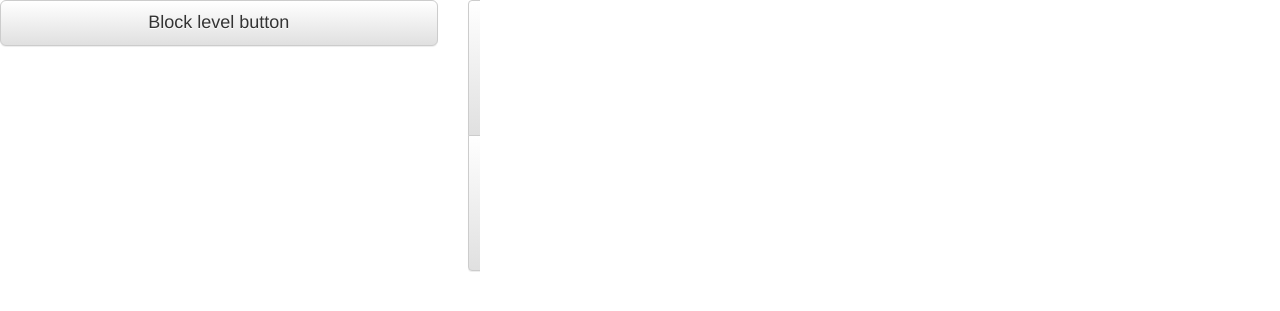
Repository: bmatusiak/bbb-usb-tool-nw
Page: index.html
The author's editor kept a record of every edit. The page is drawn from the files as they stood at one moment, then again after the next edit.
The browser window is 1280 px wide. The pictures show the whole page.

Above is the page before.
Console error: ReferenceError: global is not defined

After the next edit:
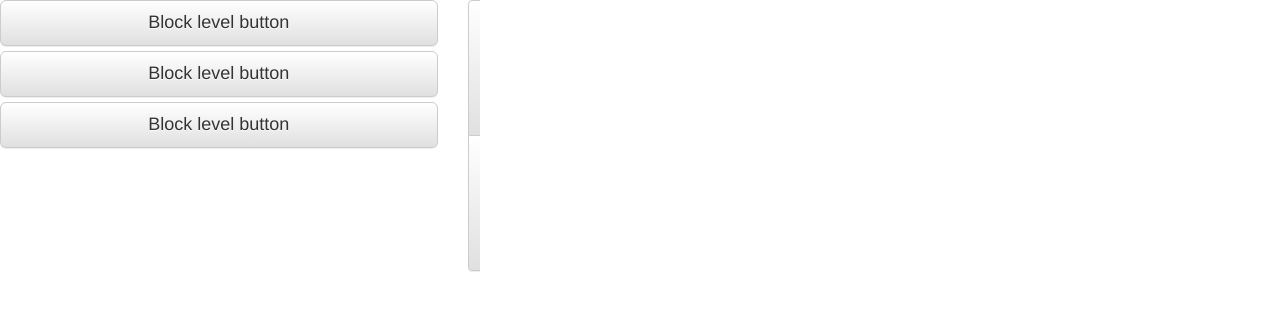
The edit:
--- a/index.html
+++ b/index.html
@@ -19,8 +19,12 @@
     </head>
 
     <body>
-        <div class="row" >
-            <div class="col-xs-11"><button type="button" class="btn btn-default btn-lg btn-block">Block level button</button></div>
+        <div class="row">
+            <div class="col-xs-11">
+                <button type="button" class="btn btn-default btn-lg btn-block">Block level button</button>
+                <button type="button" class="btn btn-default btn-lg btn-block">Block level button</button>
+                <button type="button" class="btn btn-default btn-lg btn-block">Block level button</button>
+            </div>
             <div class="col-xs-1">
                 <div class="btn-group-vertical">
                   <button type="button" class="btn btn-default" style="height:136px;"><span class="glyphicon glyphicon-arrow-up"></span></button>
